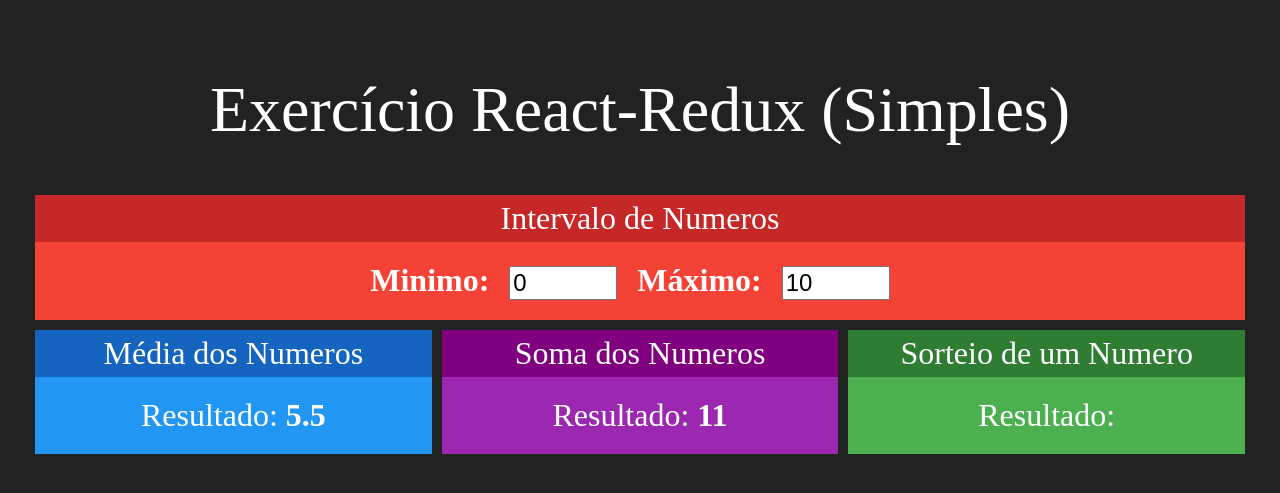
Repository: eversonps/redux-simples
Page: /
The author's editor kept a copy of each file at every save. The page is drawn from the files as they stood at one save, then again after the next save.
The browser window is 1280 px wide. The pictures show the whole page.
The project was rebuilt for these pictures with package versions that can differ from the ones it lists, and the page was loaded fresh each time.

Above is the page before, as saved 2022-03-11 13:27:34.

### src/index.css
body{
  background-color: #222;
  font-size: 2rem;
  color: #fff;
  margin: 30px;
}

### src/App.js
import './App.css';
import React, {useState} from 'react';
import Intervalo from './components/Intervalo';
import Soma from './components/Soma';
import Sorteio from './components/Sorteio';
import Media from './components/Media';


function App() {
  const [min, setMin] = useState(1)
  const [max, setMax] = useState(10)

  return (
    <div className="App">
      <h1>Exercício React-Redux (Simples)</h1>
      <div className='linha'>
        <Intervalo title="Card 1" red>X</Intervalo>
      </div>
      <div className='linha'>
        <Media min={min} max={max}></Media>
        <Soma min={min} max={max}></Soma>
        <Sorteio min={min} max={max}></Sorteio>
      </div>
    </div>
  );
}

export default App;

### src/App.css
.App{
  display: flex;
  flex-direction: column;
  text-align: center;
}

h1{
  font-weight: 200;
}

.linha{
  display: flex;
}

### src/components/Intervalo.jsx
import "./Intervalo.css"
import React from "react"
import Card from "./Card"

export default props => {
    return (
        <Card title="Intervalo de Numeros" red>
            <div className="Intervalo">
                <span>
                    <strong>Minimo:</strong>
                    <input type="number" value={0} readOnly/>
                </span>

                <span>
                    <strong>Máximo:</strong>
                    <input type="number" value={10} readOnly/>
                </span>
            </div>
        </Card>
    )
}

### src/components/Soma.jsx
import React from "react"
import Card from "./Card"

export default props => {
    const {min, max} = props

    return (
        <Card title="Soma dos Numeros" purple>
            <div>
                <span>
                    <span>Resultado: </span>
                    <strong>{min + max}</strong>
                </span>
            </div>
        </Card>
    )
}

### src/components/Sorteio.jsx
import React from "react"
import Card from "./Card"

export default props => {
    const {min, max} = props
    const Aleatorio = parseInt(Math.random() * (max - min)) + min

    return (
        <Card title="Sorteio de um Numero" green>
            <div>
                <span>
                    <span>Resultado: </span>
                    <strong></strong>
                </span>
            </div>
        </Card>
    )
}

### src/components/Media.jsx
import React from "react"
import Card from "./Card"

export default props => {
    const {min, max} = props

    return (
        <Card title="Média dos Numeros" blue>
            <div>
                <span>
                    <span>Resultado: </span>
                    <strong>{(max + min) / 2}</strong>
                </span>
            </div>
        </Card>
    )
}

### src/components/Intervalo.css
.Intervalo input {
    font-size: 1.5rem;
    margin: 0 20px;
    width: 100px;
}

### src/components/Card.jsx
import "./Card.css"
import React from "react"

function getColor(props){
    if(props.red) return "Red"
    if(props.green) return "Green"
    if(props.blue) return "Blue"
    if(props.purple) return "Purple"
    return ""
}

export default props => (
    <div className={`Card ${getColor(props)}`}>
        <div className="Header">
            <span className="Title">{props.title}</span>
        </div>
        <div className="Content">
            {props.children}
        </div>
    </div>
)

### src/components/Card.css
.Card{
    flex: 1;
    display: flex;
    flex-direction: column;
    margin: 5px;
}

.Card .Header{
    display: flex;
    justify-content: center;
}

.Card .Header .Title{
    flex: 1;
    padding: 5px;
}

.Card .Content{
    padding: 20px;
}

.Card.Red .Header{ color: #FFF; background-color: #c62828;}
.Card.Red .Content{background-color: #f44336;}

.Card.Green .Header{ color: #FFF; background-color: #2e7d32;}
.Card.Green .Content{background-color: #4caf50;}

.Card.Blue .Header{ color: #FFF; background-color: #1565c0;}
.Card.Blue .Content{background-color: #2196f3;}

.Card.Purple .Header{ color: #FFF; background-color: purple;}
.Card.Purple .Content{background-color: #9c27b0;}

Loaded but not shown: public/index.html (common file); src/index.js (common file); src/reportWebVitals.js (common file)

After the next save:
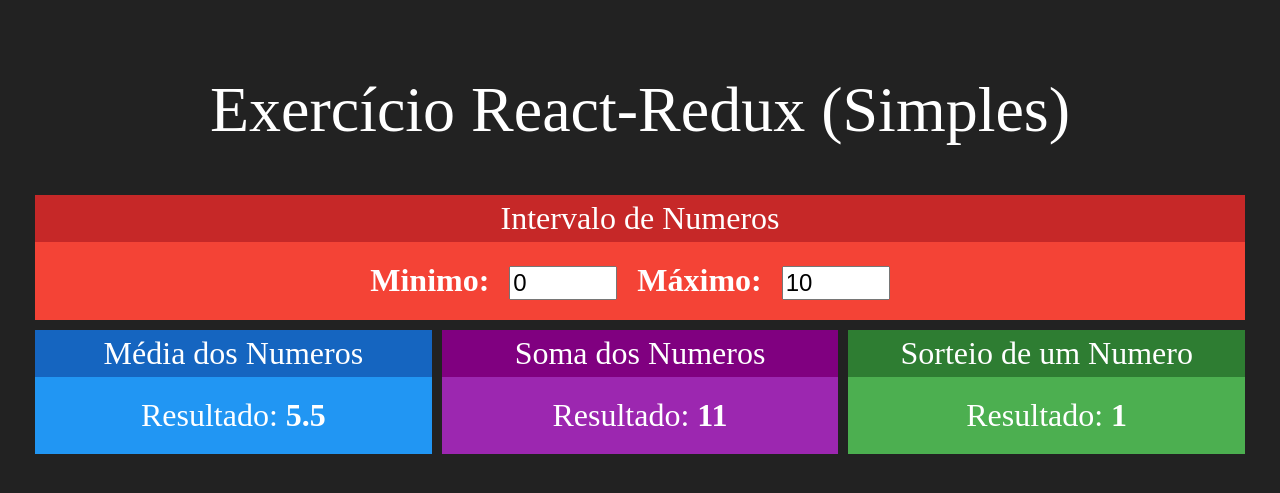
Saved 41 s later.
--- a/src/components/Sorteio.jsx
+++ b/src/components/Sorteio.jsx
@@ -3,14 +3,14 @@ import Card from "./Card"
 
 export default props => {
     const {min, max} = props
-    const Aleatorio = parseInt(Math.random() * (max - min)) + min
+    const aleatorio = parseInt(Math.random() * (max - min)) + min
 
     return (
         <Card title="Sorteio de um Numero" green>
             <div>
                 <span>
                     <span>Resultado: </span>
-                    <strong></strong>
+                    <strong>{aleatorio}</strong>
                 </span>
             </div>
         </Card>
